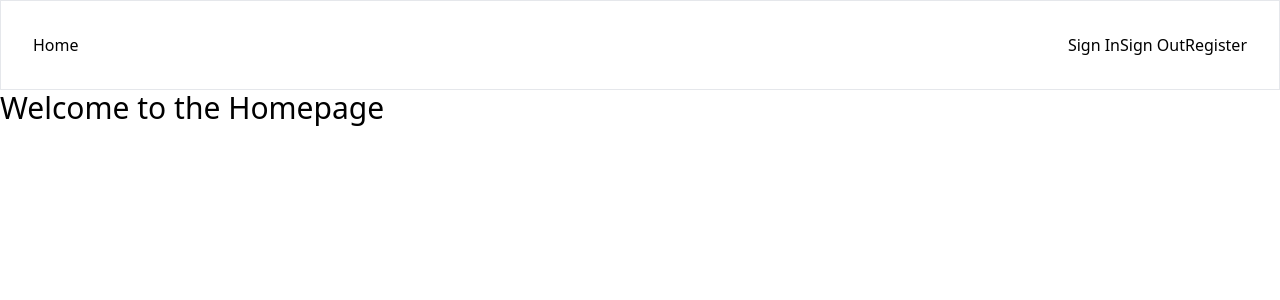
Repository: oderinde300/react-authentication-with-json-server
Page: /
These files come from the project's save history. The page is drawn as it stood at one moment and after the next save; the edit follows.
The browser window is 1280 px wide. The pictures show the whole page.
The project was rebuilt for these pictures with package versions that can differ from the ones it lists, and the page was loaded fresh each time. Also part of the build but not shown: src/components/authentication/Login.jsx, src/pages/LoginPage.jsx.

Above is the page before, as saved 2023-03-22 12:29:03.

### src/App.js
import { Routes, Route } from "react-router-dom";
import HomePage from "./pages/HomePage";
import LoginPage from "./pages/LoginPage";

function App() {
  return (
    <div>
      <header>
        <nav className="border py-8 flex justify-between px-8">
          <p>Home</p>
          <ul className="flex ">
            <li>Sign In</li>
            <li>Sign Out</li>
            <li>Register</li>
          </ul>
        </nav>
      </header>
      <Routes>
        <Route path="/" element={<HomePage />} />
        <Route path="/login" element={<LoginPage />} />
      </Routes>
    </div>
  );
}

export default App;

### src/pages/HomePage.jsx
import React from "react";

const HomePage = () => {
  return (
    <div>
      <h1 className="text-3xl">Welcome to the Homepage</h1>
    </div>
  );
};

export default HomePage;

Loaded but not shown: public/index.html (common file); src/index.js (common file); src/index.css (common file); tailwind.config.js (common file)

After the next save:
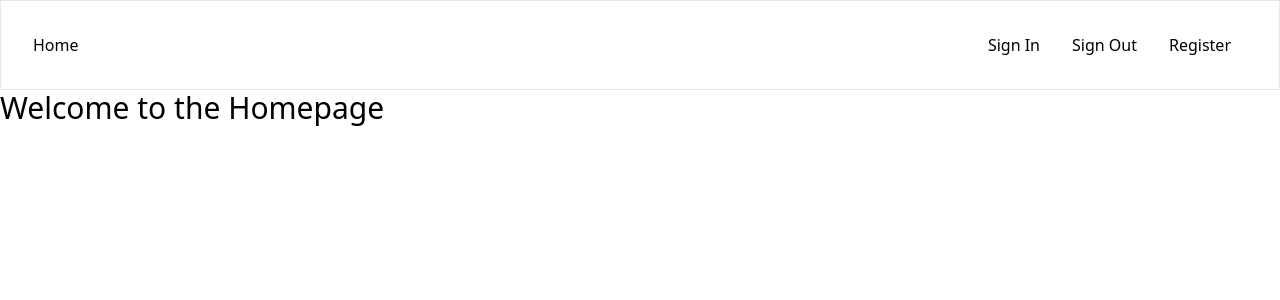
Saved 25 s later.
--- a/src/App.js
+++ b/src/App.js
@@ -9,9 +9,9 @@ function App() {
         <nav className="border py-8 flex justify-between px-8">
           <p>Home</p>
           <ul className="flex ">
-            <li>Sign In</li>
-            <li>Sign Out</li>
-            <li>Register</li>
+            <li className="mx-4">Sign In</li>
+            <li className="mx-4">Sign Out</li>
+            <li className="mx-4">Register</li>
           </ul>
         </nav>
       </header>
